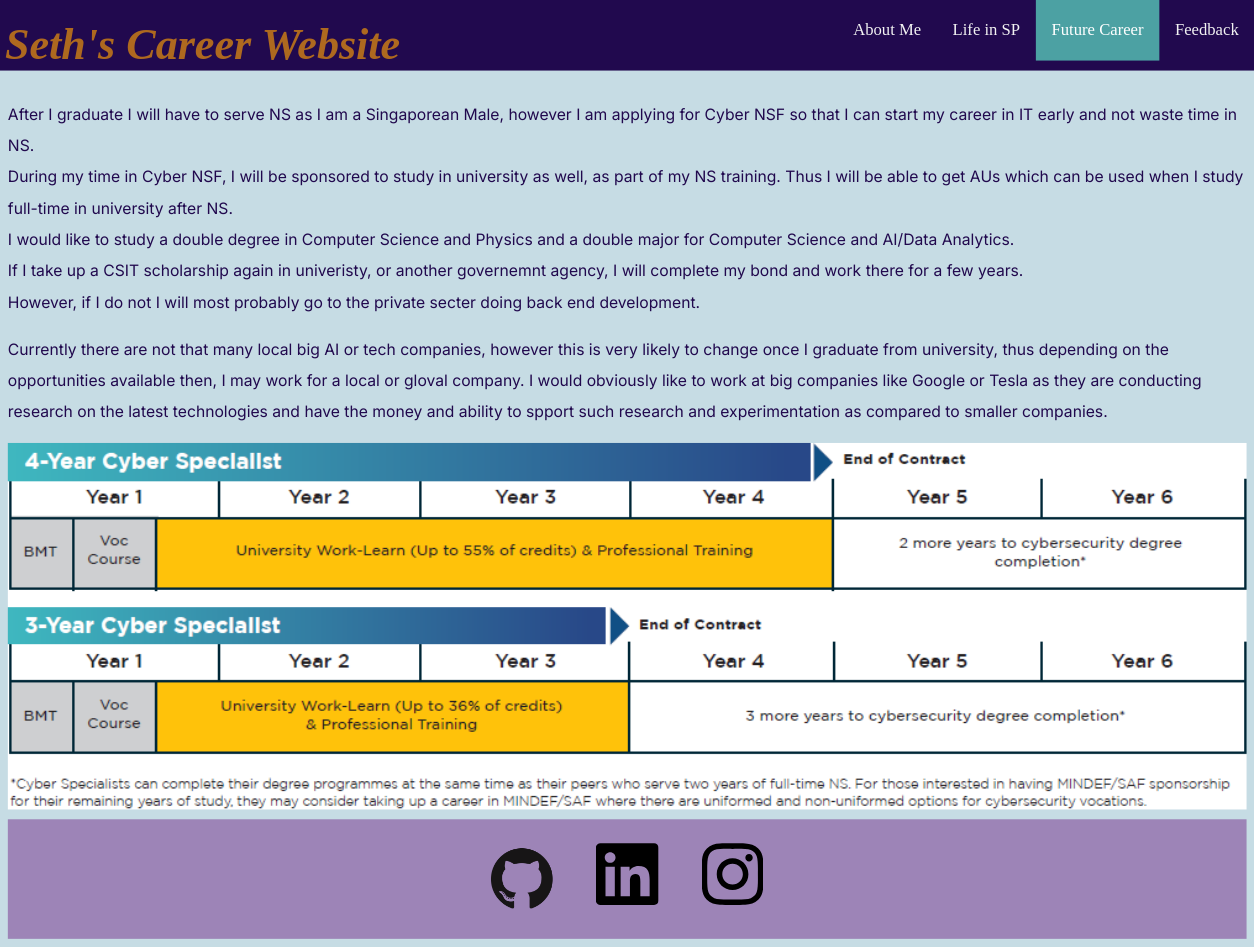
Repository: idkSeth/SP-FED-Website
Page: future.html
The author's editor kept a record of every edit. The page is drawn from the files as they stood at one moment, then again after the next edit.
The browser window is 1280 px wide. The pictures show the whole page, at 98% of full size.
Some web fonts or font styles are not loaded; a fallback is used.

Above is the page before.

After the next edit:
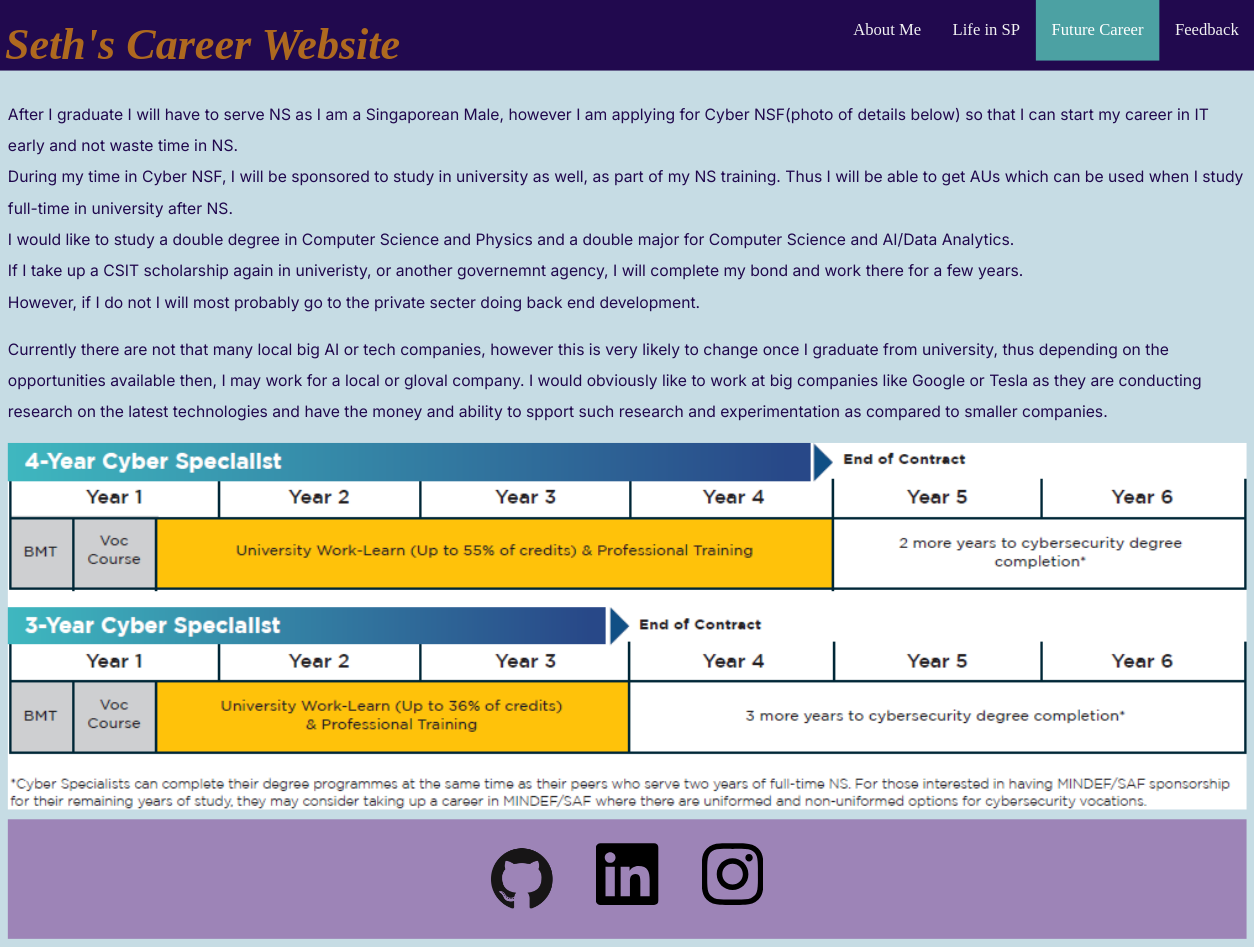
The edit:
--- a/future.html
+++ b/future.html
@@ -25,7 +25,7 @@
 
     <div>
         <p>
-            After I graduate I will have to serve NS as I am a Singaporean Male, however I am applying for Cyber NSF so that I can start my career in IT early and not waste time in NS. <br>
+            After I graduate I will have to serve NS as I am a Singaporean Male, however I am applying for Cyber NSF(photo of details below) so that I can start my career in IT early and not waste time in NS. <br>
             During my time in Cyber NSF, I will be sponsored to study in university as well, as part of my NS training. Thus I will be able to get AUs which can be used when I study full-time in university after NS. <br>
             I would like to study a double degree in Computer Science and Physics and a double major for Computer Science and AI/Data Analytics. <br>
             If I take up a CSIT scholarship again in univeristy, or another governemnt agency, I will complete my bond and work there for a few years. <br>
